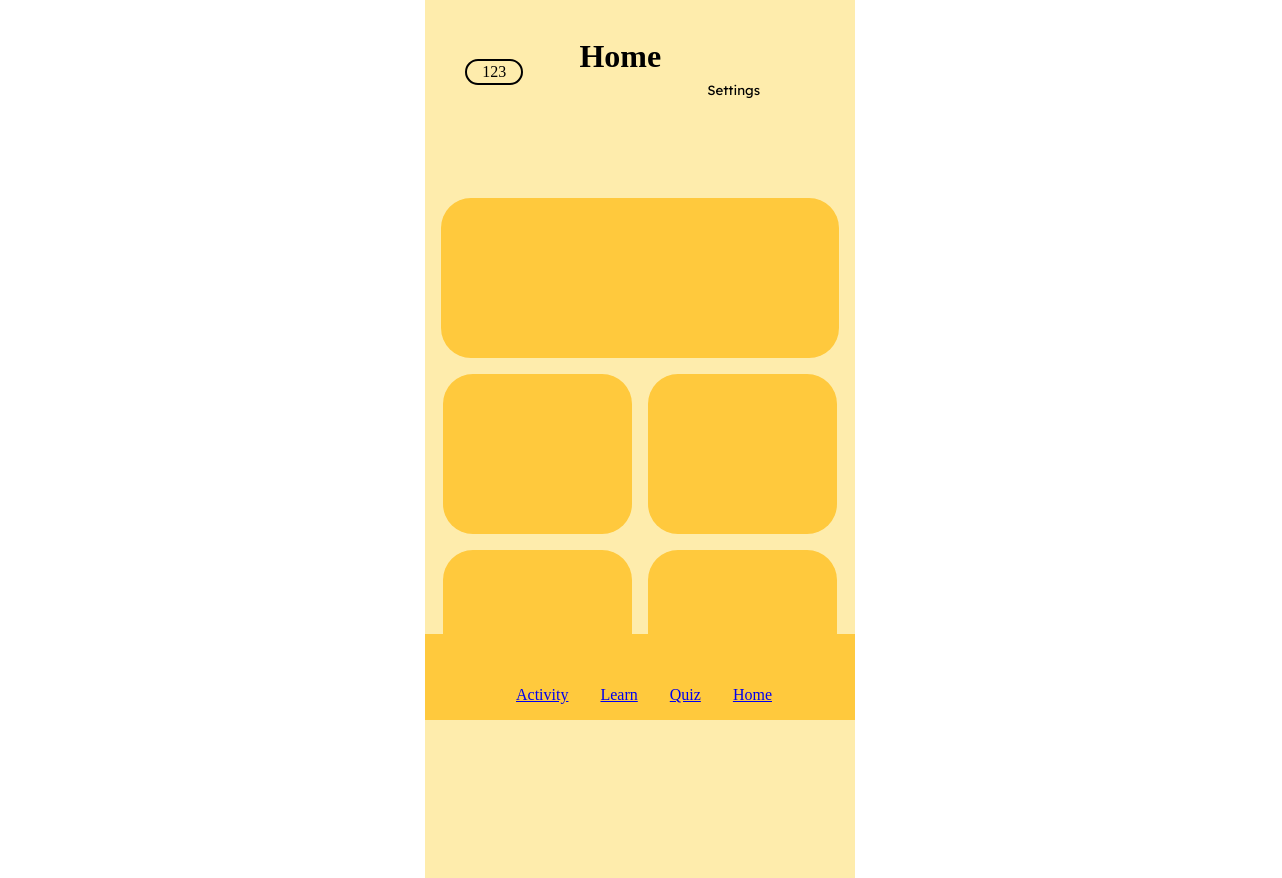
Repository: kellyzyhuang/HiveFive
Page: /
An editor plug-in stored every save of this project. The page is shown before and after the next save, followed by the edit.
The browser window is 1280 px wide. The page is 1282 px wide, so the pictures cover 1282 px, including what lies to the right of the window. The pictures show the whole page.
Some web fonts or font styles are not loaded; a fallback is used. The project was rebuilt for these pictures with package versions that can differ from the ones it lists, and the page was loaded fresh each time. The framework's server and built-in components were replaced by stand-ins that run in the browser. Also part of the build but not shown: next.config.js.

Above is the page before, as saved 2024-04-07 22:05:19.

After the next save:
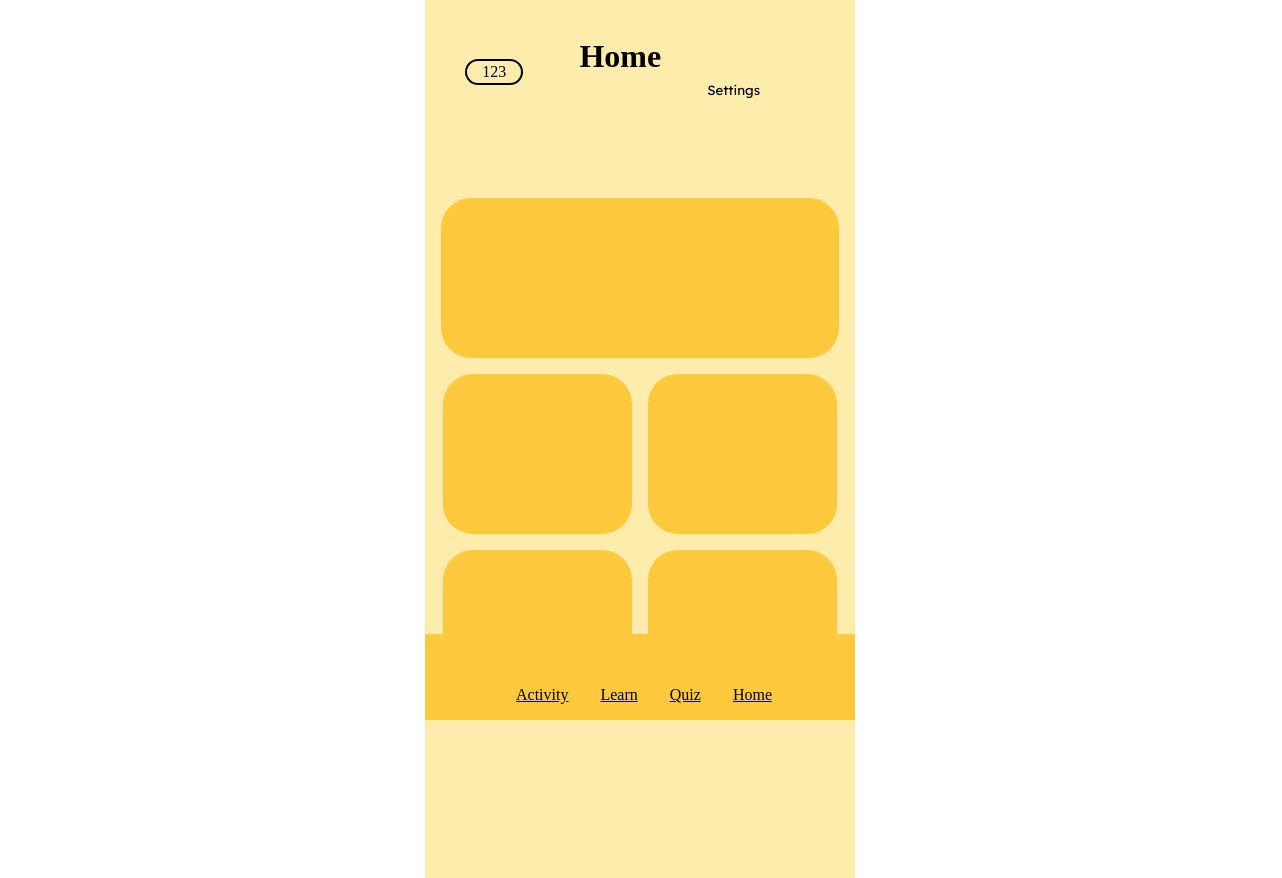
Saved 90 s later.
--- a/components/NavBar/NavBar.module.css
+++ b/components/NavBar/NavBar.module.css
@@ -17,7 +17,7 @@
    justify-content: center;
 }
 
-.label a{
+.label {
     color: black;
     text-decoration: none;
 }
